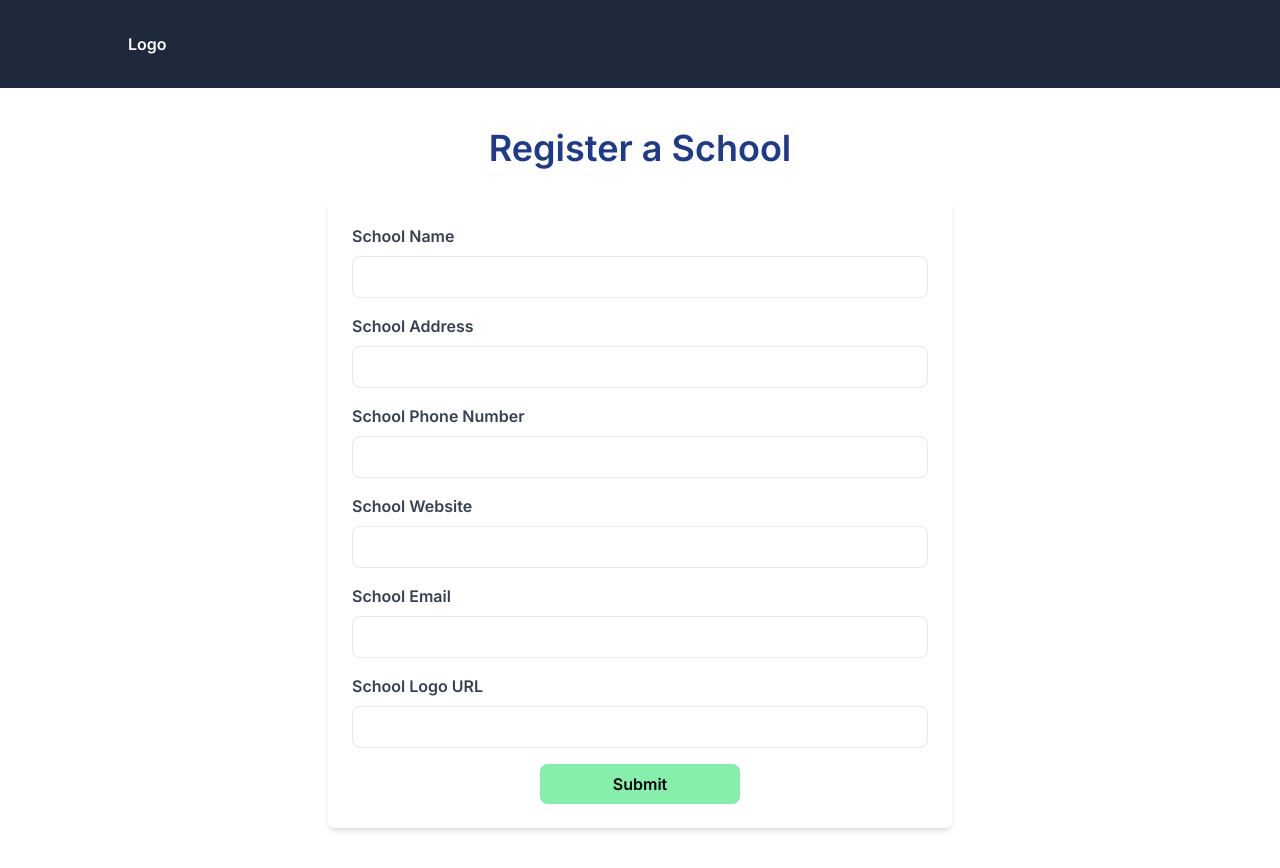
Repository: marcusdashe/fullstack-ts
Page: /school
These files come from the project's save history. The page is drawn as it stood at one moment and after the next save; the edit follows.
The browser window is 1280 px wide. The pictures show the whole page.
The page's requests for data from a server got no answer. The project was rebuilt for these pictures with package versions that can differ from the ones it lists, and the page was loaded fresh each time. The framework's server and built-in components were replaced by stand-ins that run in the browser. No one was signed in, and anything a server would have sent is missing. Also part of the build but not shown: next.config.js.

Above is the page before, as saved 2023-07-28 13:24:33.

### app/layout.tsx
import "./globals.css";
import type { Metadata } from "next";
import { Inter } from "next/font/google";
import Navbar from "./components/NavBar";

const inter = Inter({
  weight: ["400", "600"],
  subsets: ["latin"],
});

export const metadata: Metadata = {
  title: "SMP",
  description: "School Management System for Secondary School",
  keywords: ["smp", "lms", "marcus"],
};

export default function RootLayout({
  children,
}: {
  children: React.ReactNode;
}) {
  return (
    <html lang="en">
      <body className={inter.className}>
        <Navbar />
        {children}
      </body>
    </html>
  );
}

### app/school/page.tsx
"use client";

import { useState } from "react";
import SchoolService, { School } from "../services/api/school.service";

const RegisterSchoolPage: React.FC = () => {
  const initialFormData: School = {
    schoolName: "",
    schoolAddress: "",
    schoolPhoneNumber: "",
    schoolWebsite: "",
    schoolEmail: "",
    schoolLogo: "",
  };

  const [formData, setFormData] = useState<School>(initialFormData);

  const handleChange = (e: React.ChangeEvent<HTMLInputElement>) => {
    const { name, value } = e.target;
    setFormData((prevFormData) => ({
      ...prevFormData,
      [name]: value,
    }));
  };

  const handleSubmit = async (e: React.FormEvent) => {
    e.preventDefault();
    try {
      await SchoolService.registerSchool(formData);

      console.log("School registered successfully");
      setFormData(initialFormData);
    } catch (error) {
      console.error("Error registering school:", error);
    }
  };

  return (
    <div className="container mx-auto py-10 px-4 flex flex-col items-center justify-center">
      <h1 className="text-4xl font-bold mb-8 px-0 text-blue-900">
        Register a School
      </h1>

      {/* <form onSubmit={handleSubmit}>
        <label>
          School Name:
          <input
            type="text"
            name="school"
            value={formData.schoolName}
            onChange={handleChange}
          />
        </label>
        <button
          type="submit"
          className="border-2 bg-green-300 rounded p-2 w-[200px]  "
        >
          Register School
        </button>
      </form> */}

      <form
        className="w-1/2 mx-auto p-6 shadow-md rounded-md"
        onSubmit={handleSubmit}
      >
        <div className="mb-4">
          <label
            className="block text-gray-700 font-bold mb-2"
            htmlFor="schoolName"
          >
            School Name
          </label>
          <input
            type="text"
            id="schoolName"
            name="schoolName"
            value={formData.schoolName}
            onChange={handleChange}
            className="w-full px-3 py-2 border rounded-lg focus:outline-none focus:border-blue-500"
          />
        </div>

        <div className="mb-4">
          <label
            className="block text-gray-700 font-bold mb-2"
            htmlFor="schoolAddress"
          >
            School Address
          </label>
          <input
            type="text"
            id="schoolAddress"
            name="schoolAddress"
            value={formData.schoolAddress}
            onChange={handleChange}
            className="w-full px-3 py-2 border rounded-lg focus:outline-none focus:border-blue-500"
          />
        </div>

        <div className="mb-4">
          <label
            className="block text-gray-700 font-bold mb-2"
            htmlFor="schoolPhoneNumber"
          >
            School Phone Number
          </label>
          <input
            type="text"
            id="schoolPhoneNumber"
            name="schoolPhoneNumber"
            value={formData.schoolPhoneNumber}
            onChange={handleChange}
            className="w-full px-3 py-2 border rounded-lg focus:outline-none focus:border-blue-500"
          />
        </div>

        <div className="mb-4">
          <label
            className="block text-gray-700 font-bold mb-2"
            htmlFor="schoolWebsite"
          >
            School Website
          </label>
          <input
            type="text"
            id="schoolWebsite"
            name="schoolWebsite"
            value={formData.schoolWebsite}
            onChange={handleChange}
            className="w-full px-3 py-2 border rounded-lg focus:outline-none focus:border-blue-500"
          />
        </div>

        <div className="mb-4">
          <label
            className="block text-gray-700 font-bold mb-2"
            htmlFor="schoolEmail"
          >
            School Email
          </label>
          <input
            type="email"
            id="schoolEmail"
            name="schoolEmail"
            value={formData.schoolEmail}
            onChange={handleChange}
            className="w-full px-3 py-2 border rounded-lg focus:outline-none focus:border-blue-500"
          />
        </div>

        <div className="mb-4">
          <label
            className="block text-gray-700 font-bold mb-2"
            htmlFor="schoolLogo"
          >
            School Logo URL
          </label>
          <input
            type="text"
            id="schoolLogo"
            name="schoolLogo"
            value={formData.schoolLogo}
            onChange={handleChange}
            className="w-full px-3 py-2 border rounded-lg focus:outline-none focus:border-blue-500"
          />
        </div>

        <div className="text-center">
          <button
            type="submit"
            className="bg-green-300 p-2 w-[200px] text-black font-semibold rounded-lg hover:bg-green-900 hover:text-white duration-500 focus:outline-none"
          >
            Submit
          </button>
        </div>
      </form>
    </div>
  );
};

export default RegisterSchoolPage;

### app/components/NavBar.tsx
"use client";

import React, { useEffect } from "react";
import { useRouter, usePathname } from "next/navigation";
import Link from "next/link";
// import Logo from "./Logo";
// import { TwitterIcon, GithubIcon, LinkedInIcon } from "./Icons";
// import { motion } from "framer-motion";

type CustomLinkProps = {
  href: string;
  title: string;
  className: string | object;
};

const CustomLink = ({ href, title, className = "" }: CustomLinkProps) => {
  const router = useRouter();
  const pathname = usePathname();

  return (
    <Link href={href} className={`${className} relative group`}>
      {title}
      <span
        className={`h-[1px] inline-block bg-dark absolute left-0 -bottom-0.5 group-hover:w-full transition-[width] ease duration-300 ${
          pathname === href ? "w-full" : "w-0"
        }`}
      >
        &nbsp;
      </span>
    </Link>
  );
};

const Navbar: React.FC = () => {
  const pathname = usePathname();
  useEffect(() => {
    console.log(pathname);
  });
  return (
    <header
      className="w-full px-32 py-8 font-bold
            flex items-center justify-between sticky top-0 z-10 bg-slate-800 text-white"
    >
      <nav>
        <CustomLink href="/" title="Logo" className="mr-4" />
        {/* <CustomLink href="/about" title="About" className="mx-4" /> */}
      </nav>

      <nav className="flex items-center justify-center flex-wrap">
        {pathname === "/school" ? null : (
          <a
            href="/school"
            className={` w-max-content mx-3 text-orange-300 border border-white p-3 rounded-lg hover:border-none hover:text-white duration-500`}
          >
            Register School
          </a>
        )}

        <a
          href="https://www.linkedin.com/in/marcus-dashe-15a088202"
          target={"_blank"}
          className="w-6 mx-3"
        ></a>
        <a
          href="https://www.github.com/marcusdashe"
          target={"_blank"}
          className="w-6 ml-3"
        >
          {/* <GithubIcon /> */}
        </a>
      </nav>
      <div className="absolute left-[50%] top-2 translate-x-[-50]">
        {/* <Logo /> */}
      </div>
    </header>
  );
};

export default Navbar;

### app/services/api/school.service.ts
import axios, { AxiosResponse } from "axios";
import config from "../config";

export interface School {
  schoolName: string;
  schoolAddress: string;
  schoolPhoneNumber: string;
  schoolWebsite: string;
  schoolEmail: string;
  schoolLogo: string;
}

const API_URL: string = config.API_BASE_URL;

class SchoolService {
  static client = axios.create({
    baseURL: API_URL,
  });

  async registerSchool(school: School): Promise<AxiosResponse<School>> {
    const response = await SchoolService.client.post<School>(
      "/schools/create",
      school
    );
    return response;
  }

  async fetchAllSchools(): Promise<AxiosResponse<School[]>> {
    const response = await SchoolService.client.get<School[]>("/schools/all");
    return response;
  }

  async fetchSchoolById(id: number): Promise<AxiosResponse<School>> {
    const response = await SchoolService.client.get<School>(`/school/${id}`);
    return response;
  }

  async updateSchool6(
    school: School,
    id: number
  ): Promise<AxiosResponse<School>> {
    const response = await SchoolService.client.put<School>(
      `/schools/${id}`,
      school
    );
    return response;
  }

  async delSchoolById(id: number): Promise<AxiosResponse<void>> {
    const response = await SchoolService.client.delete<void>(`/schools/${id}`);
    return response;
  }

  async fetchSchoolByName(schoolName: string): Promise<AxiosResponse<School>> {
    const response = await SchoolService.client.get<School>(
      `/schools/byName/${schoolName}`
    );
    return response;
  }

  async fetchSchoolByPhoneNumber(
    phoneNumber: string
  ): Promise<AxiosResponse<School>> {
    const response = await SchoolService.client.get<School>(
      `/schools/byPhoneNumber/${phoneNumber}`
    );
    return response;
  }

  async fetchSchoolByWebsite(
    schoolWebsite: string
  ): Promise<AxiosResponse<School>> {
    const response = await SchoolService.client.get<School>(
      `/schools/byWebsite/${schoolWebsite}`
    );
    return response;
  }

  async fetchSchoolByEmail(email: string): Promise<AxiosResponse<School>> {
    const response = await SchoolService.client.get<School>(
      `/schools/byEmail/${email}`
    );
    return response;
  }
}

export default new SchoolService();

### app/services/config.ts
export default {
  API_BASE_URL:
    `${process.env.NEXT_PUBLIC_BACKEND_BASE_URL}/api-v1` ||
    "http://localhost:8000/api-v1",
};

Loaded but not shown: app/globals.css (common file); tailwind.config.js (common file)

After the next save:
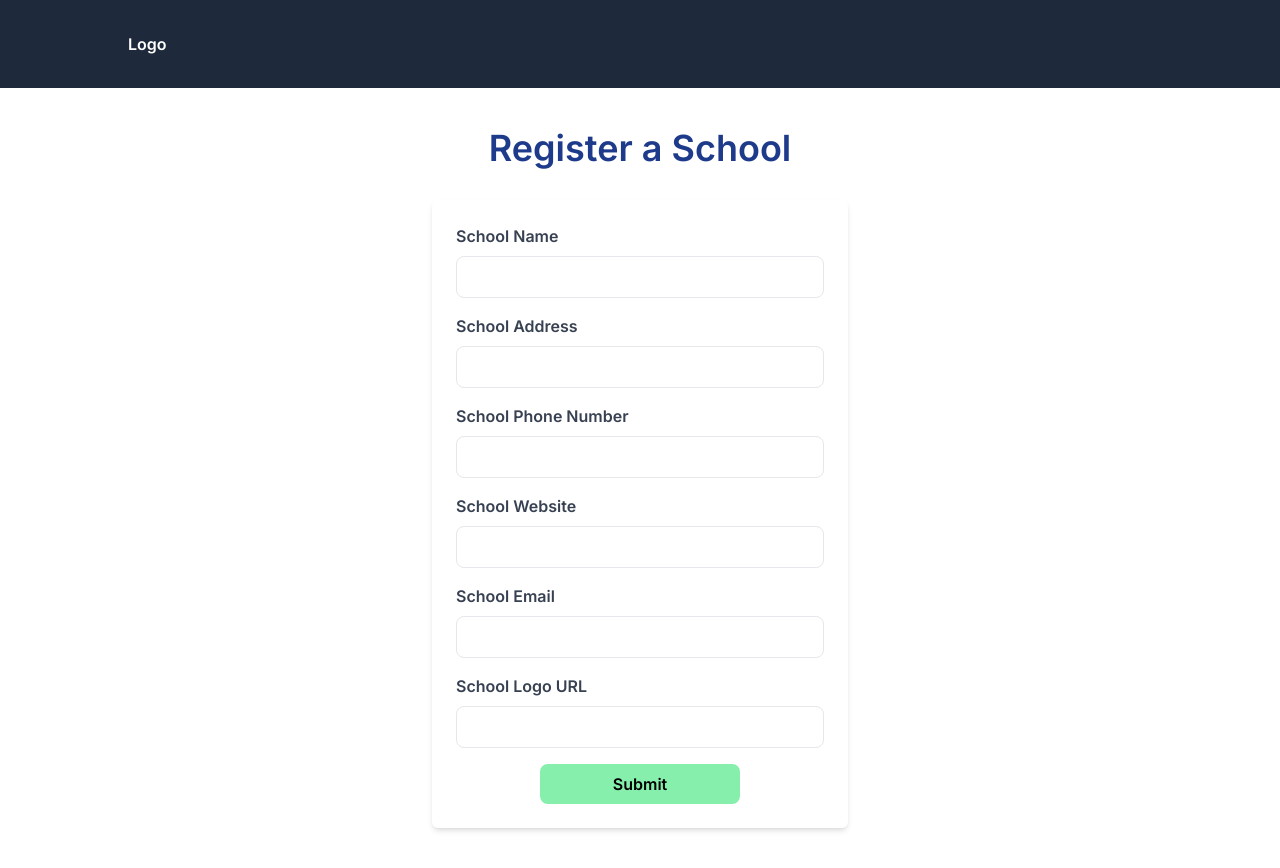
Saved 16 min 52 s later.
--- a/app/school/page.tsx
+++ b/app/school/page.tsx
@@ -60,7 +60,7 @@ const RegisterSchoolPage: React.FC = () => {
       </form> */}
 
       <form
-        className="w-1/2 mx-auto p-6 shadow-md rounded-md"
+        className="w-1/3 mx-auto p-6 shadow-md rounded-md"
         onSubmit={handleSubmit}
       >
         <div className="mb-4">
